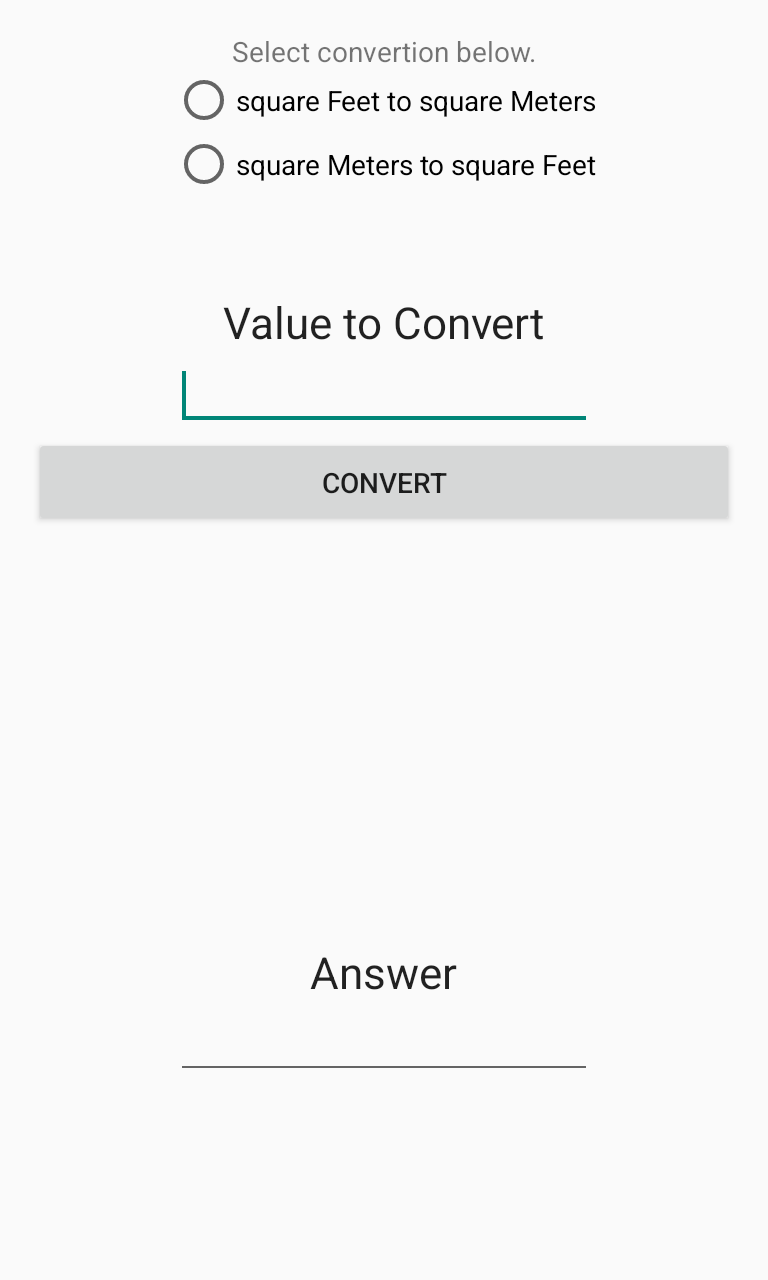
Repository: awayzo/6300Fall14Assignment4
Layout: UnitConvertor/res/layout/activity_area.xml
An editor plug-in stored every save of this project. The layout is shown before and after the next save, followed by the edit.
It is drawn on a 768 x 1280 px phone screen (xhdpi) without system bars, with theme AppTheme; the app's code is not run.

Above is the layout before, as saved 2014-09-27 07:20:53.

### UnitConvertor/res/layout/activity_area.xml
<RelativeLayout xmlns:android="http://schemas.android.com/apk/res/android"
    xmlns:tools="http://schemas.android.com/tools"
    android:layout_width="match_parent"
    android:layout_height="match_parent"
    android:paddingBottom="@dimen/activity_vertical_margin"
    android:paddingLeft="@dimen/activity_horizontal_margin"
    android:paddingRight="@dimen/activity_horizontal_margin"
    android:paddingTop="@dimen/activity_vertical_margin"
    tools:context="edu.gatech.seclass.unitconvertor.AreaActivity" >


    <TextView
        android:id="@+id/lblTitle_Currency"
        android:layout_width="wrap_content"
        android:layout_height="wrap_content"
        android:layout_alignParentTop="true"
        android:layout_centerHorizontal="true"
        android:text="Select convertion below." />



    <TextView
        android:id="@+id/lblValue"
        android:layout_width="wrap_content"
        android:layout_height="wrap_content"
        android:layout_below="@+id/radioEurosToDollars"
        android:layout_centerHorizontal="true"
        android:layout_marginTop="48dp"
        android:text="Value to Convert"
        android:textAppearance="?android:attr/textAppearanceLarge" />

    <EditText
        android:id="@+id/txtValue"
        android:layout_width="wrap_content"
        android:layout_height="wrap_content"
        android:layout_below="@+id/lblValue"
        android:layout_centerHorizontal="true"
        android:ems="10"
        android:inputType="numberDecimal" >

        <requestFocus />
    </EditText>
    <EditText
        android:id="@+id/txtAnswer"
        android:layout_width="wrap_content"
        android:layout_height="wrap_content"
        android:layout_alignLeft="@+id/txtValue"
        android:layout_alignParentBottom="true"
        android:layout_marginBottom="82dp"
        android:ems="10"
        android:inputType="numberDecimal" />

    <RadioButton
        android:id="@+id/radioEurosToDollars"
        android:layout_width="wrap_content"
        android:layout_height="wrap_content"
        android:layout_below="@+id/radioDollarsToEuro"
        android:layout_centerHorizontal="true"
        android:text="square Meters to square Feet" />

     <RadioButton
         android:id="@+id/radioDollarsToEuro"
         android:layout_width="wrap_content"
         android:layout_height="wrap_content"
         android:layout_below="@+id/lblTitle"
         android:layout_centerHorizontal="true"
         android:layout_marginTop="18dp"
         android:text="square Feet to square Meters" />

     <Button
         android:id="@+id/btnConvert"
         android:layout_width="match_parent"
         android:layout_height="wrap_content"
         android:layout_below="@+id/txtValue"
         android:layout_centerHorizontal="true"
         android:text="Convert" />

     <TextView
         android:id="@+id/lblAnswer"
         android:layout_width="wrap_content"
         android:layout_height="wrap_content"
         android:layout_above="@+id/txtAnswer"
         android:layout_centerHorizontal="true"
         android:text="Answer"
         android:textAppearance="?android:attr/textAppearanceLarge" />

</RelativeLayout>

Loaded but not shown: UnitConvertor/res/values/styles.xml (common file); UnitConvertor/res/values-v11/styles.xml (common file); UnitConvertor/res/values-v14/styles.xml (common file); UnitConvertor/res/values/dimens.xml (common file); UnitConvertor/res/values-w820dp/dimens.xml (common file)

After the next save:
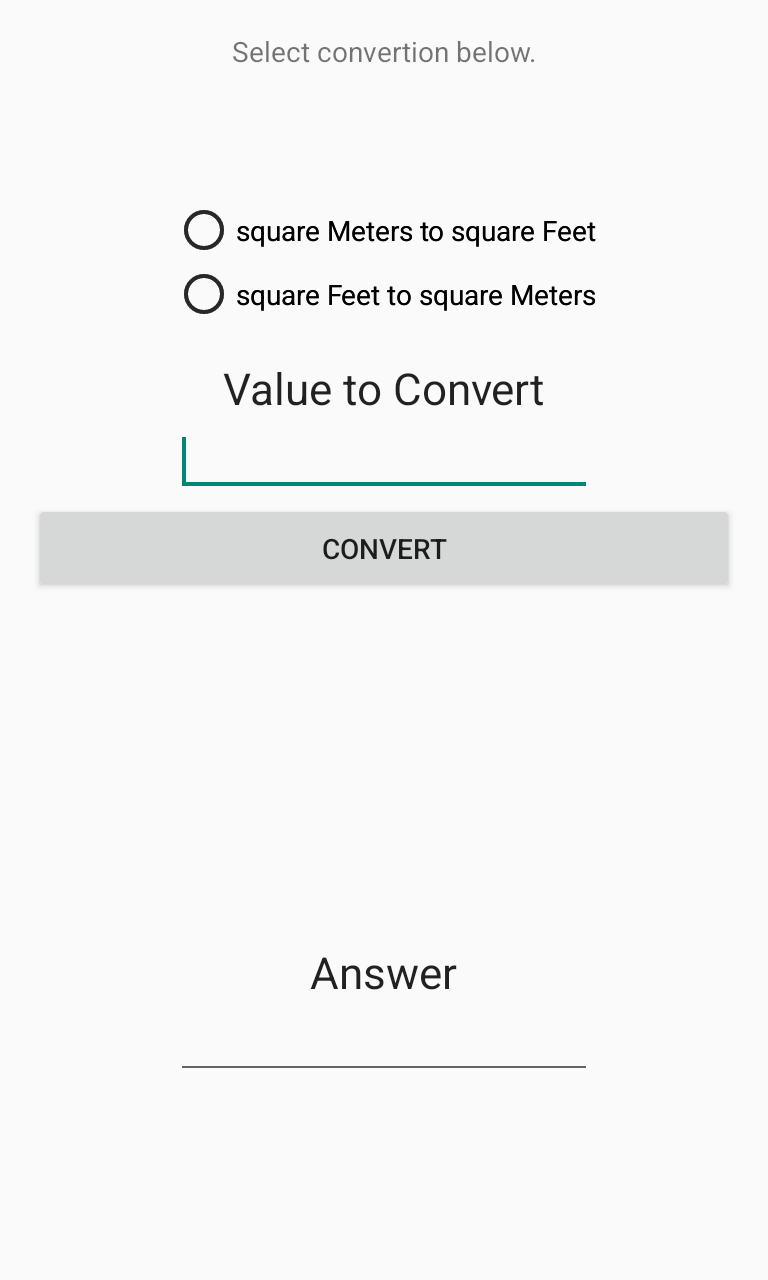
Saved 4 min 43 s later.
--- a/UnitConvertor/res/layout/activity_area.xml
+++ b/UnitConvertor/res/layout/activity_area.xml
@@ -1,5 +1,5 @@
-<RelativeLayout xmlns:android="http://schemas.android.com/apk/res/android"
-    xmlns:tools="http://schemas.android.com/tools"
+<RelativeLayout xmlns:tools="http://schemas.android.com/tools"
+    xmlns:android="http://schemas.android.com/apk/res/android"
     android:layout_width="match_parent"
     android:layout_height="match_parent"
     android:paddingBottom="@dimen/activity_vertical_margin"
@@ -8,7 +8,6 @@
     android:paddingTop="@dimen/activity_vertical_margin"
     tools:context="edu.gatech.seclass.unitconvertor.AreaActivity" >
 
-
     <TextView
         android:id="@+id/lblTitle_Currency"
         android:layout_width="wrap_content"
@@ -16,8 +15,6 @@
         android:layout_alignParentTop="true"
         android:layout_centerHorizontal="true"
         android:text="Select convertion below." />
-
-
 
     <TextView
         android:id="@+id/lblValue"
@@ -40,6 +37,7 @@
 
         <requestFocus />
     </EditText>
+
     <EditText
         android:id="@+id/txtAnswer"
         android:layout_width="wrap_content"
@@ -50,38 +48,65 @@
         android:ems="10"
         android:inputType="numberDecimal" />
 
+    <Button
+        android:id="@+id/btnConvert"
+        android:layout_width="match_parent"
+        android:layout_height="wrap_content"
+        android:layout_below="@+id/txtValue"
+        android:layout_centerHorizontal="true"
+        android:text="Convert" />
+
+    <TextView
+        android:id="@+id/lblAnswer"
+        android:layout_width="wrap_content"
+        android:layout_height="wrap_content"
+        android:layout_above="@+id/txtAnswer"
+        android:layout_centerHorizontal="true"
+        android:text="Answer"
+        android:textAppearance="?android:attr/textAppearanceLarge" />
+
+    <RadioGroup
+        android:id="@+id/radioGroup1"
+        android:layout_width="wrap_content"
+        android:layout_height="wrap_content"
+        android:layout_alignBottom="@+id/radioButton1"
+        android:layout_alignParentLeft="true" >
+    </RadioGroup>
+
     <RadioButton
         android:id="@+id/radioEurosToDollars"
         android:layout_width="wrap_content"
         android:layout_height="wrap_content"
-        android:layout_below="@+id/radioDollarsToEuro"
+        android:layout_below="@+id/lblTitle_Currency"
         android:layout_centerHorizontal="true"
+        android:layout_marginTop="64dp"
         android:text="square Meters to square Feet" />
 
-     <RadioButton
-         android:id="@+id/radioDollarsToEuro"
-         android:layout_width="wrap_content"
-         android:layout_height="wrap_content"
-         android:layout_below="@+id/lblTitle"
-         android:layout_centerHorizontal="true"
-         android:layout_marginTop="18dp"
-         android:text="square Feet to square Meters" />
+    <RadioButton
+        android:id="@+id/radioDollarsToEuro"
+        android:layout_width="wrap_content"
+        android:layout_height="wrap_content"
+        android:layout_below="@+id/radioEurosToDollars"
+        android:layout_centerHorizontal="true"
+        android:text="square Feet to square Meters" />
 
-     <Button
-         android:id="@+id/btnConvert"
-         android:layout_width="match_parent"
-         android:layout_height="wrap_content"
-         android:layout_below="@+id/txtValue"
-         android:layout_centerHorizontal="true"
-         android:text="Convert" />
+    <RadioButton
+        android:id="@+id/radio0"
+        android:layout_width="wrap_content"
+        android:layout_height="wrap_content"
+        android:layout_below="@+id/lblTitle_Currency"
+        android:layout_centerHorizontal="true"
+        android:layout_marginTop="64dp"
+        android:text="square Meters to square Feet" />
 
-     <TextView
-         android:id="@+id/lblAnswer"
-         android:layout_width="wrap_content"
-         android:layout_height="wrap_content"
-         android:layout_above="@+id/txtAnswer"
-         android:layout_centerHorizontal="true"
-         android:text="Answer"
-         android:textAppearance="?android:attr/textAppearanceLarge" />
+    <RadioButton
+        android:id="@+id/radio2"
+       android:layout_width="wrap_content"
+        android:layout_height="wrap_content"
+        android:layout_below="@+id/radioEurosToDollars"
+        android:layout_centerHorizontal="true"
+        android:text="square Feet to square Meters" />
+
+
 
 </RelativeLayout>
